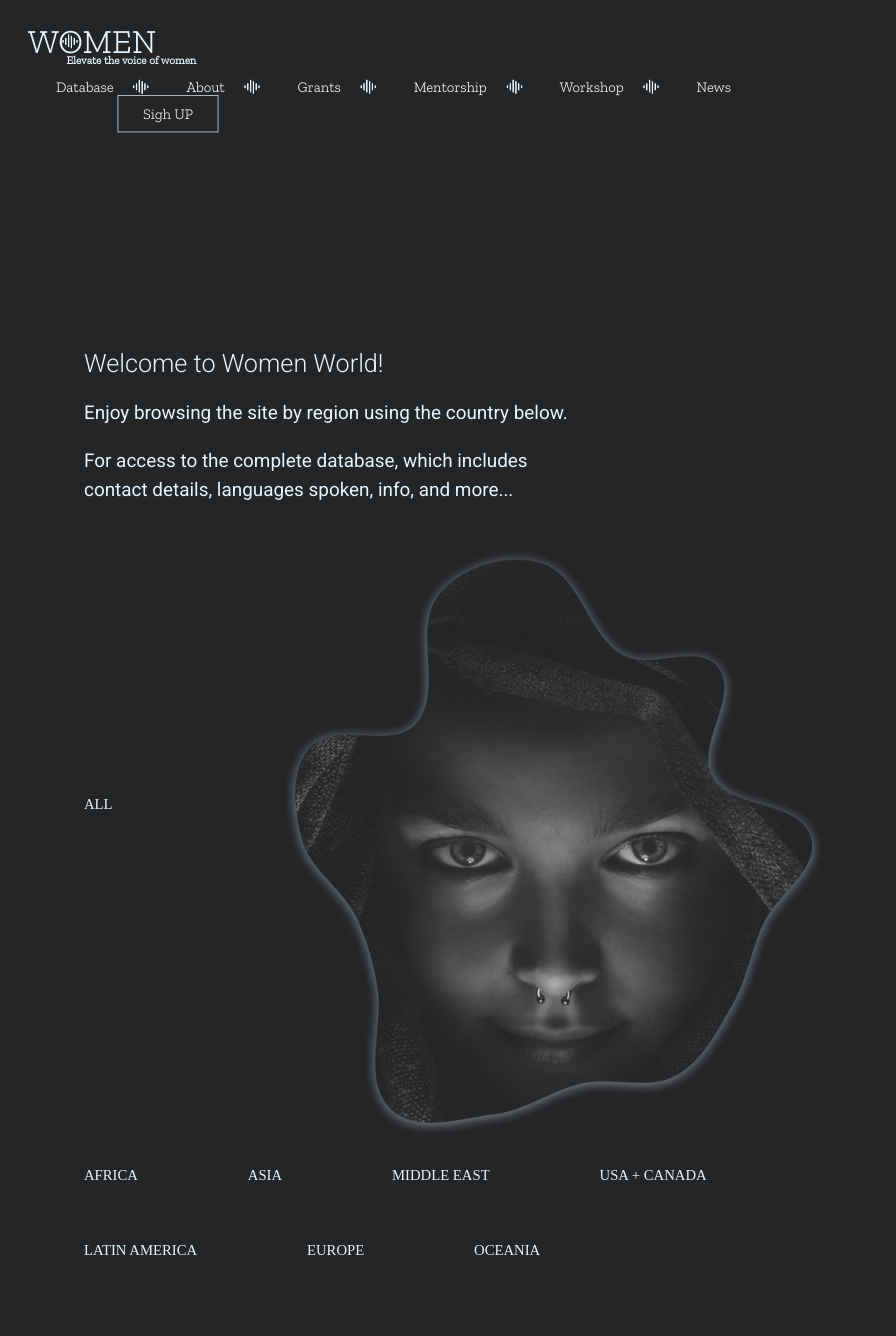
Repository: AndreyMykulych/user_home_work_Mykulych
Page: 5/index.html
An editor plug-in stored every save of this project. The page is shown before and after the next save, followed by the edit.
The browser window is 1280 px wide. The pictures show the whole page, at 70% of full size.

Above is the page before, as saved 2023-03-05 17:50:06.

After the next save:
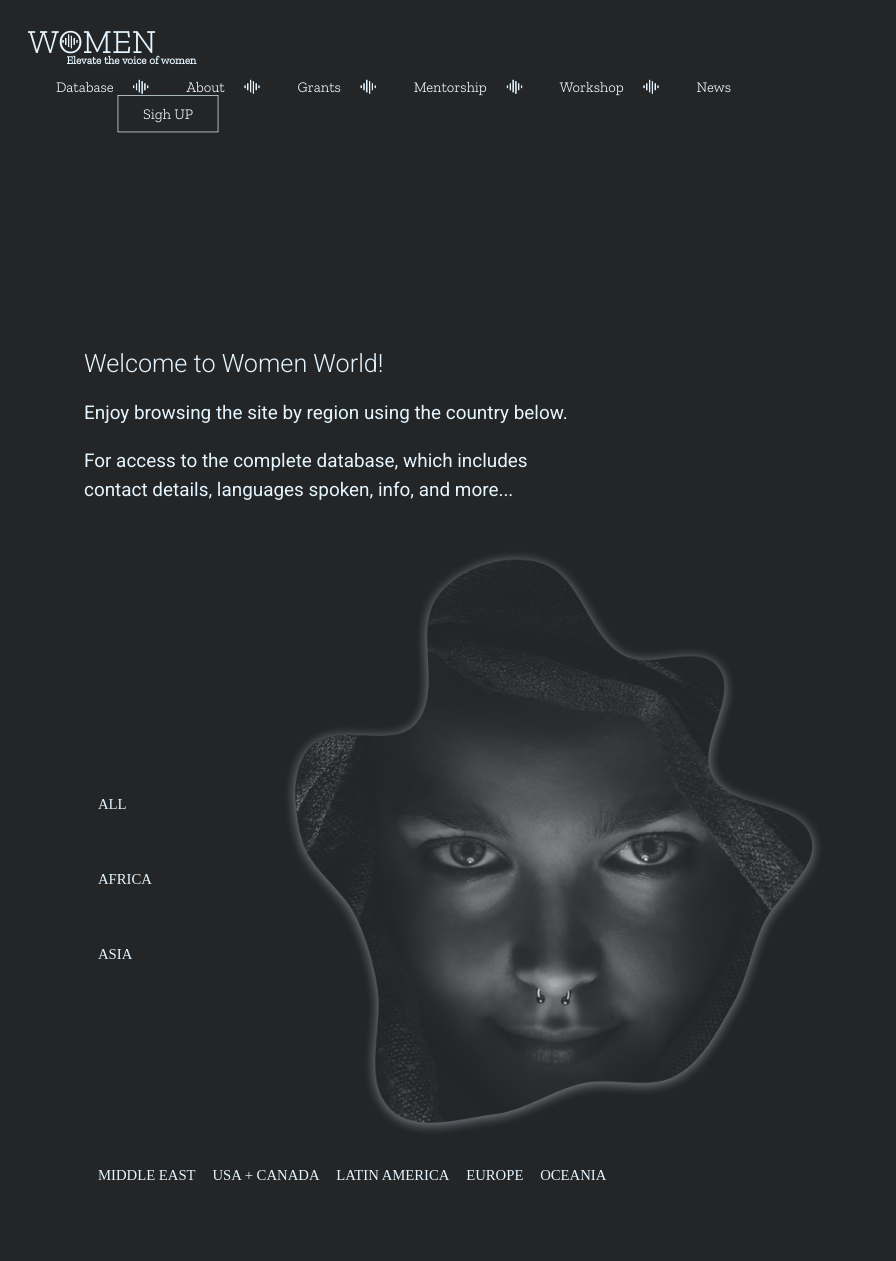
Saved 40 s later.
--- a/5/style/index.css
+++ b/5/style/index.css
@@ -149,7 +149,7 @@ font-family: 'Zilla Slab', serif;
 }
 .countries {
     /* display: block; */
-
+   margin-left: 80px;
     /* margin: 0 auto; */
     margin-top: 891px;
 }
@@ -164,6 +164,4 @@ font-size: 21px;
 line-height: 25px;
 color: #E4F5FF;
 padding-right: 0px;
-padding-left: 80px;
-margin-right: 73px;
 }
